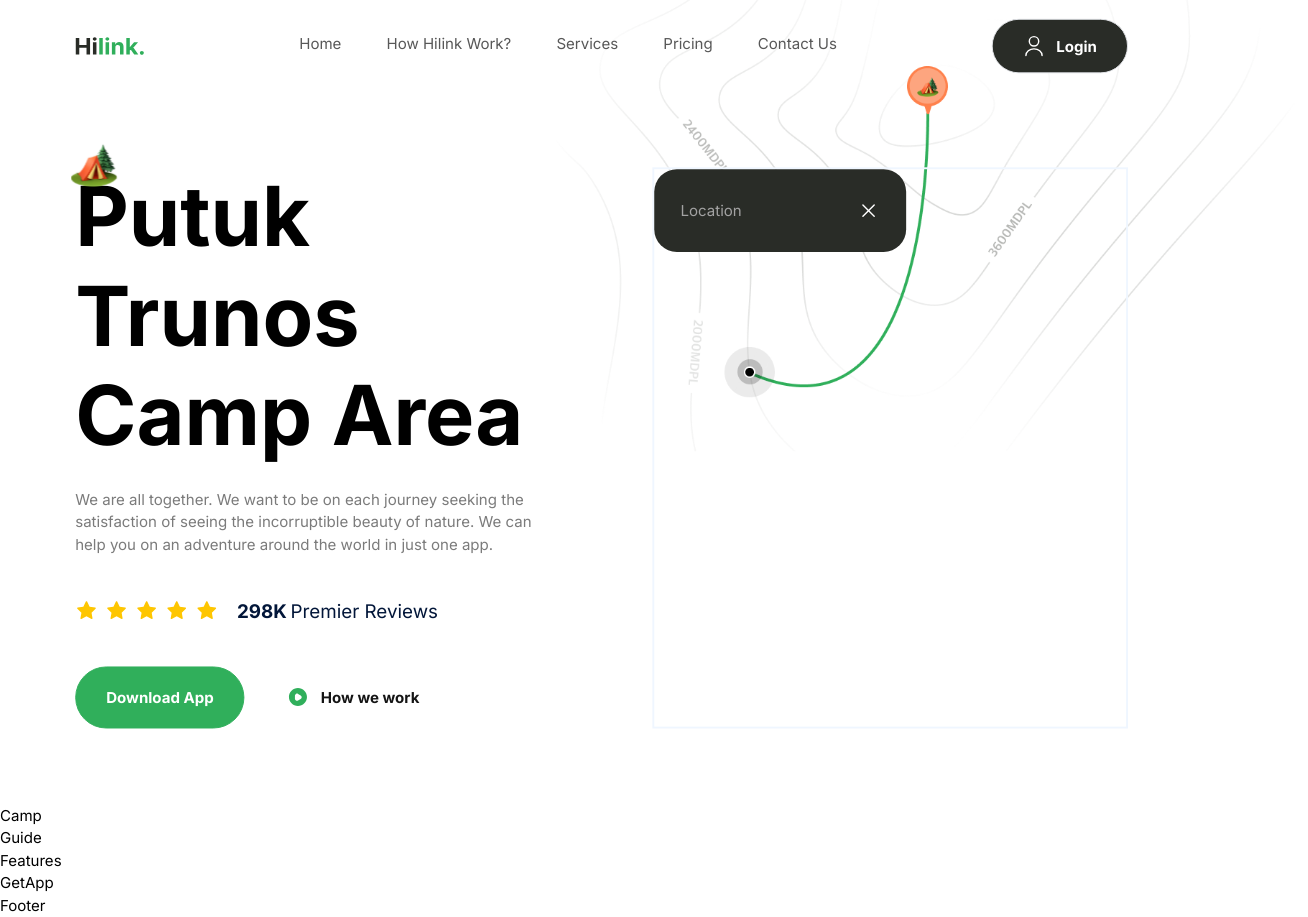
Repository: SouthpawC0der/Modern-reactsite
Page: /
An editor plug-in stored every save of this project. The page is shown before and after the next save, followed by the edit.
The browser window is 1280 px wide. The page is 1392 px wide, so the pictures cover 1392 px, including what lies to the right of the window. The pictures show the whole page, at 94% of full size.
The project was rebuilt for these pictures with package versions that can differ from the ones it lists, and the page was loaded fresh each time. The framework's server and built-in components were replaced by stand-ins that run in the browser. Also part of the build but not shown: next.config.ts.

Above is the page before, as saved 2025-01-30 11:51:32.

After the next save:
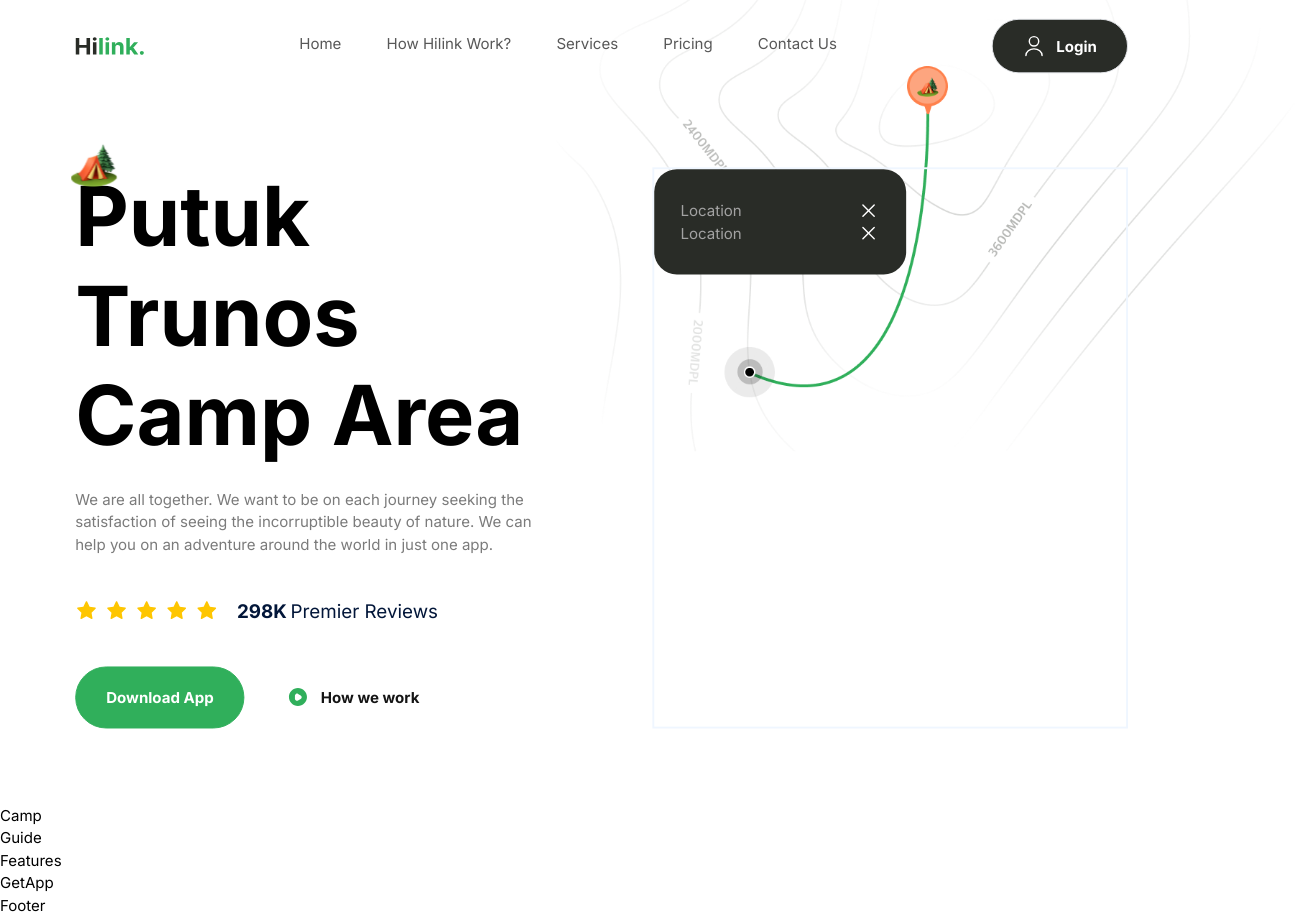
Saved 32 s later.
--- a/components/Hero.tsx
+++ b/components/Hero.tsx
@@ -67,6 +67,15 @@
                           height={24}
                         />
                 </div>
+
+                <div className='flexBetween'>
+                    <p className='regular-16 text-gray-20'>Location</p>
+                        <Image
+                          src='/close.svg'
+                          alt='close'
+                          width={24}
+                          height={24} />
+                </div>
             </div>
             </div>
         </div>

After the save that followed:
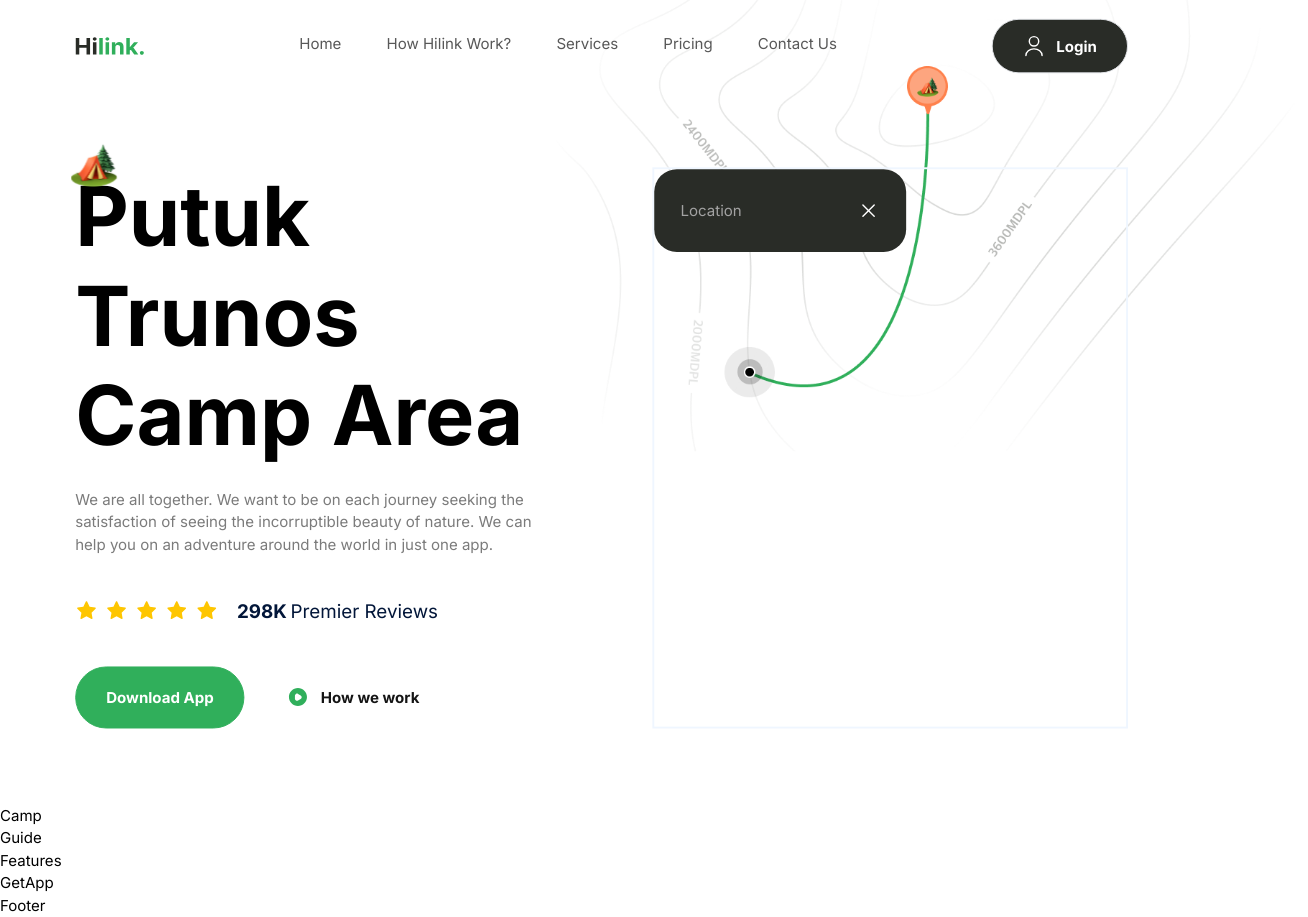
Saved 2 min 30 s later.
--- a/components/Hero.tsx
+++ b/components/Hero.tsx
@@ -69,12 +69,9 @@
                 </div>
 
                 <div className='flexBetween'>
-                    <p className='regular-16 text-gray-20'>Location</p>
-                        <Image
-                          src='/close.svg'
-                          alt='close'
-                          width={24}
-                          height={24} />
+                    <div className='flex flex-col'>
+
+                    </div>
                 </div>
             </div>
             </div>
